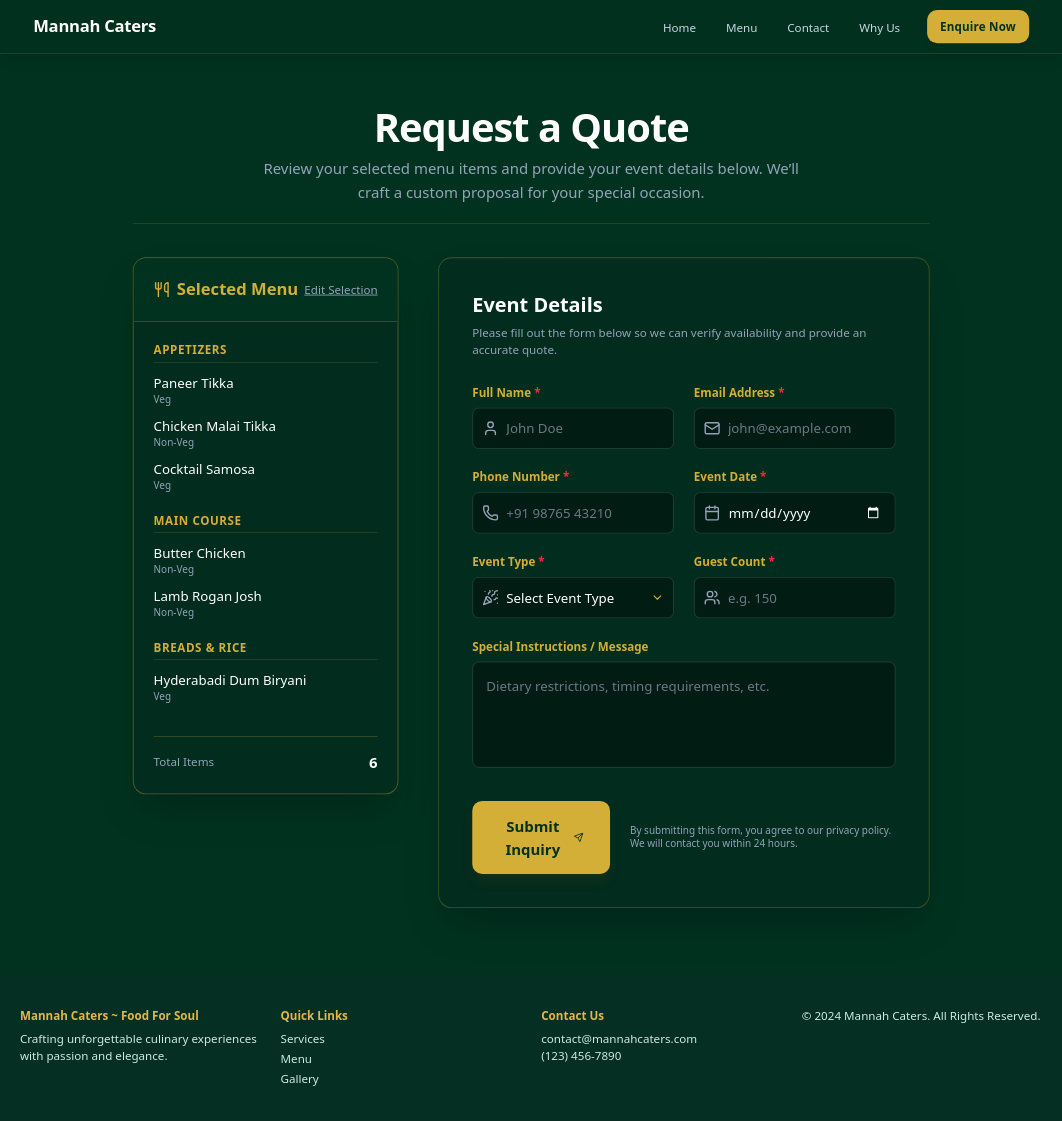
Repository: B-U-G-Freelancers/mannah_caterers
Page: /quote
An editor plug-in stored every save of this project. The page is shown before and after the next save, followed by the edit.
The browser window is 1280 px wide. The pictures show the whole page, at 83% of full size.
The project was rebuilt for these pictures with package versions that can differ from the ones it lists, and the page was loaded fresh each time. Some packages were replaced by stand-ins written for this rebuild. Also part of the build but not shown: vite.config.js, src/pages/Home.jsx, src/components/silver-package.jsx, src/components/gold-package.jsx, src/components/platinum-package.jsx, src/components/PackageCard.jsx, src/components/CombosView.jsx, src/components/MenuItem.jsx and 5 more.

Above is the page before, as saved 2025-12-17 19:20:51.

### index.html
<!-- index.html -->


<!doctype html>
<html lang="en">
  <head>
    <meta charset="UTF-8" />
    <link rel="icon" type="image/png" href="/favicon.png" />

    <meta name="viewport" content="width=device-width, initial-scale=1.0" />

<link rel="preconnect" href="https://fonts.googleapis.com">
<link rel="preconnect" href="https://fonts.gstatic.com" crossorigin>
<link href="https://fonts.googleapis.com/css2?family=Inter:wght@400;500;600;700&family=Playfair+Display:wght@600;700;800&display=swap" rel="stylesheet">

    <title>mannah-caters</title>
  </head>
  <body>
    <div id="root"></div>
    <script type="module" src="/src/main.jsx"></script>
  </body>
</html>

### src/main.jsx
import React from "react"
import ReactDOM from "react-dom/client"
import { BrowserRouter } from "react-router-dom"
import { CartProvider } from "./context/CartContext";
import App from "./App"
import "./index.css"

ReactDOM.createRoot(document.getElementById("root")).render(
  <BrowserRouter>
   <CartProvider>
    <App />
    </CartProvider>
  </BrowserRouter>
)

### src/context/CartContext.jsx
import { createContext, useContext, useState } from "react";

const CartContext = createContext(null);

export const CartProvider = ({ children }) => {
  const [cart, setCart] = useState([]);
  const [guestCount, setGuestCount] = useState(100);

  const toggleCartItem = (id) => {
    setCart((prev) =>
      prev.includes(id)
        ? prev.filter((item) => item !== id)
        : [...prev, id]
    );
  };

  return (
    <CartContext.Provider
      value={{
        cart,
        setCart,
        toggleCartItem,
        guestCount,
        setGuestCount,
      }}
    >
      {children}
    </CartContext.Provider>
  );
};

export const useCart = () => {
  const ctx = useContext(CartContext);
  if (!ctx) throw new Error("useCart must be used inside CartProvider");
  return ctx;
};

### src/App.jsx

import React from "react";
import { Routes, Route } from "react-router-dom";
import Layout from "./components/Layout";
import Home from "./pages/Home";
import Menu from "./pages/Menu";
import Contact from "./pages/Contact";
import WhyUs from "./pages/WhyUs";
import Quote from "./pages/Quote";
const App = () => {
  return (

    <Routes>
      <Route path="/" element={<Layout />}>
        <Route index element={<Home />} />
        <Route path="menu" element={<Menu />} />
        <Route path="contact" element={<Contact />} />
        <Route path="why-us" element={<WhyUs />} />
        <Route path="/quote" element={<Quote />} />
      </Route>
    </Routes>
  );
};

export default App;

### src/index.css
@import "tailwindcss";


:root {
  font-family: system-ui, Avenir, Helvetica, Arial, sans-serif;
  line-height: 1.5;
  font-weight: 400;

  color-scheme: light dark;
  color: rgba(255, 255, 255, 0.87);
  background-color: #242424;

  font-synthesis: none;
  text-rendering: optimizeLegibility;
  -webkit-font-smoothing: antialiased;
  -moz-osx-font-smoothing: grayscale;
}

/* a {
  font-weight: 500;
  color: #646cff;
  text-decoration: inherit;
}
a:hover {
  color: #535bf2;
}

body {
  margin: 0;
  display: flex;
  place-items: center;
  min-width: 320px;
  min-height: 100vh;
}

h1 {
  font-size: 3.2em;
  line-height: 1.1;
}

button {
  border-radius: 8px;
  border: 1px solid transparent;
  padding: 0.6em 1.2em;
  font-size: 1em;
  font-weight: 500;
  font-family: inherit;
  background-color: #1a1a1a;
  cursor: pointer;
  transition: border-color 0.25s;
}
button:hover {
  border-color: #646cff;
}
button:focus,
button:focus-visible {
  outline: 4px auto -webkit-focus-ring-color;
}

@media (prefers-color-scheme: light) {
  :root {
    color: #213547;
    background-color: #ffffff;
  }
  a:hover {
    color: #747bff;
  }
  button {
    background-color: #f9f9f9;
  }
} */

### src/components/Layout.jsx
// Layout.jsx
import React from "react";
import Header from "./Header";
import Footer from "./Footer";
// If you are using React Router, import Outlet
import { Outlet } from "react-router-dom";

const Layout = () => {
  return (
    <div className="flex flex-col min-h-screen min-w-screen">
      <Header />

      {/* "flex-1" ensures this section takes up all available space,
          pushing the footer to the bottom if content is short */}
      <main className="flex-1">
        {/* Outlet renders the child route's element (the current page) */}
        <Outlet />
      </main>

      <Footer />
    </div>
  );
};

export default Layout;

### src/pages/Quote.jsx
import React from "react";
import SelectedMenu from "../components/SelectedMenu";
import QuoteForm from "../components/QuoteForm";

const Quote = () => {
  return (
    <div className="flex flex-col min-h-screen bg-[#013220]">


      <main className="flex-1 flex flex-col items-center pb-20 px-4 sm:px-10 lg:px-40 pt-10">
        <div className="w-full max-w-[1200px] flex flex-col gap-10">

          {/* Hero Section */}
          <div className="text-center py-6 border-b border-[#d4af37]/20">
            <h1 className="text-4xl md:text-5xl font-bold text-white mb-3 tracking-tight">
              Request a Quote
            </h1>
            <p className="text-[#94a3b8] max-w-2xl mx-auto text-lg font-light">
              Review your selected menu items and provide your event details
              below. We’ll craft a custom proposal for your special occasion.
            </p>
          </div>

          {/* Main Content */}
          <div className="flex flex-col lg:flex-row gap-12">
            <SelectedMenu />
            <QuoteForm />
          </div>

        </div>
      </main>


    </div>
  );
};

export default Quote;

### src/components/Header.jsx
import React from "react";
import { NavLink } from "react-router-dom";

const Header = () => {
  const linkBase =
    "text-sm font-medium leading-normal transition-colors relative";

  const linkInactive =
    "text-slate-300 hover:text-white";

  const linkActive =
    "text-[#d4af37] font-bold after:content-[''] after:absolute after:-bottom-4 after:left-0 after:w-full after:h-[2px] after:bg-[#d4af37]";

  return (
    <header className="sticky top-0 z-50 flex items-center justify-between border-b border-[#24473b] bg-[#013220]/95 backdrop-blur-md px-4 sm:px-10 py-3 shadow-lg">

      {/* Logo */}
      <div className="flex items-center gap-4">
        <NavLink
          to="/"
          className="text-white text-xl font-bold tracking-[-0.015em] hover:text-[#d4af37] transition-colors"
        >
          Mannah Caters
        </NavLink>
      </div>

      {/* Right Section */}
      <div className="flex flex-1 justify-end items-center gap-8">

        {/* Desktop Nav */}
        <nav className="hidden md:flex items-center gap-9">
          <NavLink
            to="/"
            className={({ isActive }) =>
              `${linkBase} ${isActive ? linkActive : linkInactive}`
            }
          >
            Home
          </NavLink>

          <NavLink
            to="/menu"
            className={({ isActive }) =>
              `${linkBase} ${isActive ? linkActive : linkInactive}`
            }
          >
            Menu
          </NavLink>

          <NavLink
            to="/contact"
            className={({ isActive }) =>
              `${linkBase} ${isActive ? linkActive : linkInactive}`
            }
          >
            Contact
          </NavLink>

          <NavLink
            to="/why-us"
            className={({ isActive }) =>
              `${linkBase} ${isActive ? linkActive : linkInactive}`
            }
          >
            Why Us
          </NavLink>
        </nav>

        {/* CTA */}
        <button className="flex h-10 px-4 items-center justify-center rounded-xl bg-[#d4af37] hover:bg-[#c29d4d] active:scale-95 transition-all text-[#013220] text-sm font-bold tracking-[0.015em] shadow-md">
          Enquire Now
        </button>
      </div>
    </header>
  );
};

export default Header;

### src/components/Footer.jsx
import React from "react";

const Footer = ({ onNavigate }) => {
  const handleNav = (tab) => {
    // Check if onNavigate exists before calling it
    if (onNavigate) {
      onNavigate(tab);
      window.scrollTo({ top: 0, behavior: "smooth" });
    }
  };

  return (
    <footer className="bg-[#052f22] py-10">
      <div className="max-w-7xl mx-auto px-6 grid md:grid-cols-4 gap-6 text-sm text-[#cfe9df]">
        <div>
          <h4 className="text-[#e0b84c] font-semibold">
            Mannah Caters ~ Food For Soul
          </h4>
          <p className="text-sm mt-2">
            Crafting unforgettable culinary experiences with passion and elegance.
          </p>
        </div>
        <div>
          <h4 className="text-[#e0b84c] font-semibold">Quick Links</h4>
          <ul className="text-sm mt-2 space-y-1">
            <li className="hover:text-white cursor-pointer transition-colors">
              Services
            </li>
            {/* I added the onClick here so handleNav is actually used */}
            <li
              onClick={() => handleNav("combos")}
              className="hover:text-white cursor-pointer transition-colors"
            >
              Menu
            </li>
            <li className="hover:text-white cursor-pointer transition-colors">
              Gallery
            </li>
          </ul>
        </div>
        <div>
          <h4 className="text-[#e0b84c] font-semibold">Contact Us</h4>
          <p className="text-sm mt-2">contact@mannahcaters.com</p>
          <p className="text-sm">(123) 456-7890</p>
        </div>
        <div className="text-sm">
          © 2024 Mannah Caters. All Rights Reserved.
        </div>
      </div>
    </footer>
  );
};

export default Footer;

### src/components/SelectedMenu.jsx
import React from "react";
import { Utensils } from "lucide-react";
import { useNavigate } from "react-router-dom";
const SelectedMenu = () => {
    const navigate = useNavigate();
  return (
    <div className="w-full lg:w-1/3 flex-shrink-0 order-2 lg:order-1">
      <div className="bg-[#022c1e] rounded-2xl border border-[#d4af37]/40 overflow-hidden shadow-2xl sticky top-28">

        {/* Header */}
        <div className="p-6 bg-[#013220] border-b border-[#d4af37]/30 flex justify-between items-center">
          <h3 className="text-[#d4af37] font-bold text-xl flex items-center gap-2">
            <Utensils className="w-5 h-5" />
            Selected Menu
          </h3>
          <button className="text-[#94a3b8] hover:text-white text-sm underline transition-colors"  onClick={() =>
        navigate("/menu", {
          state: { openTab: "customize" },
        })
      }>
            Edit Selection
          </button>
        </div>

        {/* Content */}
        <div className="p-6 flex flex-col gap-6 font-sans">

          {/* Appetizers */}
          <div>
            <h4 className="text-[#d4af37] text-sm font-bold uppercase tracking-wider mb-3 pb-1 border-b border-[#d4af37]/20">
              Appetizers
            </h4>
            <ul className="flex flex-col gap-3">
              <li className="flex flex-col">
                <span className="text-white font-medium">Paneer Tikka</span>
                <span className="text-xs text-[#94a3b8]">Veg</span>
              </li>
              <li className="flex flex-col">
                <span className="text-white font-medium">
                  Chicken Malai Tikka
                </span>
                <span className="text-xs text-[#94a3b8]">Non-Veg</span>
              </li>
              <li className="flex flex-col">
                <span className="text-white font-medium">Cocktail Samosa</span>
                <span className="text-xs text-[#94a3b8]">Veg</span>
              </li>
            </ul>
          </div>

          {/* Main Course */}
          <div>
            <h4 className="text-[#d4af37] text-sm font-bold uppercase tracking-wider mb-3 pb-1 border-b border-[#d4af37]/20">
              Main Course
            </h4>
            <ul className="flex flex-col gap-3">
              <li className="flex flex-col">
                <span className="text-white font-medium">Butter Chicken</span>
                <span className="text-xs text-[#94a3b8]">Non-Veg</span>
              </li>
              <li className="flex flex-col">
                <span className="text-white font-medium">Lamb Rogan Josh</span>
                <span className="text-xs text-[#94a3b8]">Non-Veg</span>
              </li>
            </ul>
          </div>

          {/* Breads & Rice */}
          <div>
            <h4 className="text-[#d4af37] text-sm font-bold uppercase tracking-wider mb-3 pb-1 border-b border-[#d4af37]/20">
              Breads & Rice
            </h4>
            <ul className="flex flex-col gap-3">
              <li className="flex flex-col">
                <span className="text-white font-medium">
                  Hyderabadi Dum Biryani
                </span>
                <span className="text-xs text-[#94a3b8]">Veg</span>
              </li>
            </ul>
          </div>

          {/* Total */}
          <div className="mt-4 pt-4 border-t border-[#d4af37]/30">
            <div className="flex justify-between items-center text-sm">
              <span className="text-[#94a3b8]">Total Items</span>
              <span className="text-white font-bold text-lg">6</span>
            </div>
          </div>

        </div>
      </div>
    </div>
  );
};

export default SelectedMenu;

Loaded but not shown: src/constants.js (102 lines, source omitted); src/components/QuoteForm.jsx (217 lines, source omitted)

After the next save:
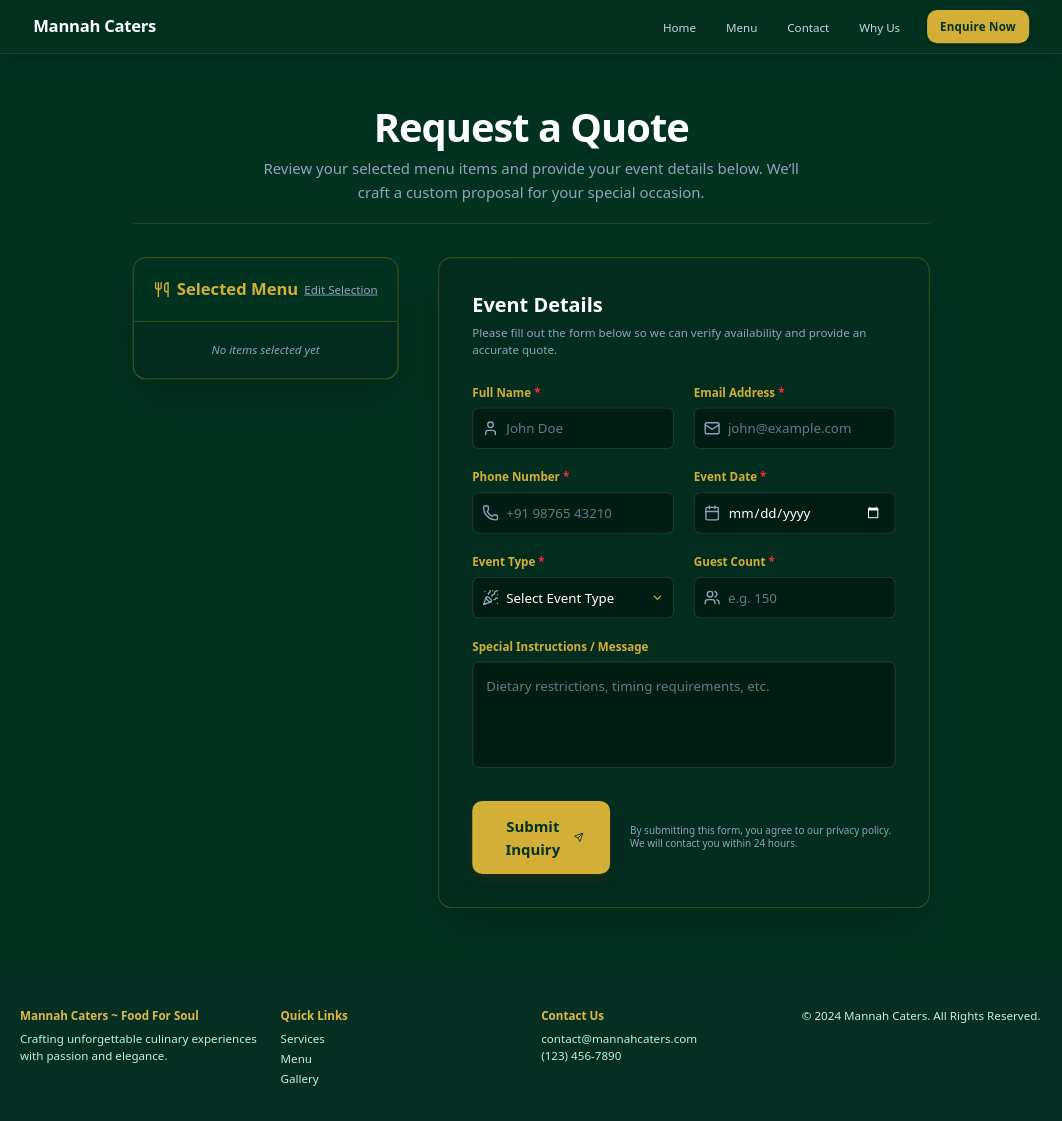
Saved 2 min 30 s later.
--- a/src/components/SelectedMenu.jsx
+++ b/src/components/SelectedMenu.jsx
@@ -1,8 +1,27 @@
 import React from "react";
 import { Utensils } from "lucide-react";
 import { useNavigate } from "react-router-dom";
+
+import { useCart } from "../context/CartContext";
+import { MENU_ITEMS, CATEGORIES } from "../constants";
+
 const SelectedMenu = () => {
-    const navigate = useNavigate();
+  const navigate = useNavigate();
+  const { cart } = useCart();
+
+  // Convert cart IDs → menu items
+  const selectedItems = MENU_ITEMS.filter((item) =>
+    cart.includes(item.id)
+  );
+
+  // Group items by category
+  const groupedItems = CATEGORIES.map((cat) => ({
+    ...cat,
+    items: selectedItems.filter(
+      (item) => item.category === cat.id
+    ),
+  })).filter((group) => group.items.length > 0);
+
   return (
     <div className="w-full lg:w-1/3 flex-shrink-0 order-2 lg:order-1">
       <div className="bg-[#022c1e] rounded-2xl border border-[#d4af37]/40 overflow-hidden shadow-2xl sticky top-28">
@@ -13,11 +32,12 @@ const SelectedMenu = () => {
             <Utensils className="w-5 h-5" />
             Selected Menu
           </h3>
-          <button className="text-[#94a3b8] hover:text-white text-sm underline transition-colors"  onClick={() =>
-        navigate("/menu", {
-          state: { openTab: "customize" },
-        })
-      }>
+          <button
+            onClick={() =>
+              navigate("/menu", { state: { openTab: "customize" } })
+            }
+            className="text-[#94a3b8] hover:text-white text-sm underline transition-colors"
+          >
             Edit Selection
           </button>
         </div>
@@ -25,68 +45,46 @@ const SelectedMenu = () => {
         {/* Content */}
         <div className="p-6 flex flex-col gap-6 font-sans">
 
-          {/* Appetizers */}
-          <div>
-            <h4 className="text-[#d4af37] text-sm font-bold uppercase tracking-wider mb-3 pb-1 border-b border-[#d4af37]/20">
-              Appetizers
-            </h4>
-            <ul className="flex flex-col gap-3">
-              <li className="flex flex-col">
-                <span className="text-white font-medium">Paneer Tikka</span>
-                <span className="text-xs text-[#94a3b8]">Veg</span>
-              </li>
-              <li className="flex flex-col">
-                <span className="text-white font-medium">
-                  Chicken Malai Tikka
-                </span>
-                <span className="text-xs text-[#94a3b8]">Non-Veg</span>
-              </li>
-              <li className="flex flex-col">
-                <span className="text-white font-medium">Cocktail Samosa</span>
-                <span className="text-xs text-[#94a3b8]">Veg</span>
-              </li>
-            </ul>
-          </div>
+          {/* Empty State */}
+          {selectedItems.length === 0 && (
+            <p className="text-[#94a3b8] text-sm italic text-center">
+              No items selected yet
+            </p>
+          )}
 
-          {/* Main Course */}
-          <div>
-            <h4 className="text-[#d4af37] text-sm font-bold uppercase tracking-wider mb-3 pb-1 border-b border-[#d4af37]/20">
-              Main Course
-            </h4>
-            <ul className="flex flex-col gap-3">
-              <li className="flex flex-col">
-                <span className="text-white font-medium">Butter Chicken</span>
-                <span className="text-xs text-[#94a3b8]">Non-Veg</span>
-              </li>
-              <li className="flex flex-col">
-                <span className="text-white font-medium">Lamb Rogan Josh</span>
-                <span className="text-xs text-[#94a3b8]">Non-Veg</span>
-              </li>
-            </ul>
-          </div>
+          {/* Dynamic Categories */}
+          {groupedItems.map((group) => (
+            <div key={group.id}>
+              <h4 className="text-[#d4af37] text-sm font-bold uppercase tracking-wider mb-3 pb-1 border-b border-[#d4af37]/20">
+                {group.title}
+              </h4>
 
-          {/* Breads & Rice */}
-          <div>
-            <h4 className="text-[#d4af37] text-sm font-bold uppercase tracking-wider mb-3 pb-1 border-b border-[#d4af37]/20">
-              Breads & Rice
-            </h4>
-            <ul className="flex flex-col gap-3">
-              <li className="flex flex-col">
-                <span className="text-white font-medium">
-                  Hyderabadi Dum Biryani
-                </span>
-                <span className="text-xs text-[#94a3b8]">Veg</span>
-              </li>
-            </ul>
-          </div>
+              <ul className="flex flex-col gap-3">
+                {group.items.map((item) => (
+                  <li key={item.id} className="flex flex-col">
+                    <span className="text-white font-medium">
+                      {item.name}
+                    </span>
+                    <span className="text-xs text-[#94a3b8]">
+                      {item.isVeg ? "Veg" : "Non-Veg"}
+                    </span>
+                  </li>
+                ))}
+              </ul>
+            </div>
+          ))}
 
           {/* Total */}
-          <div className="mt-4 pt-4 border-t border-[#d4af37]/30">
-            <div className="flex justify-between items-center text-sm">
-              <span className="text-[#94a3b8]">Total Items</span>
-              <span className="text-white font-bold text-lg">6</span>
+          {selectedItems.length > 0 && (
+            <div className="mt-4 pt-4 border-t border-[#d4af37]/30">
+              <div className="flex justify-between items-center text-sm">
+                <span className="text-[#94a3b8]">Total Items</span>
+                <span className="text-white font-bold text-lg">
+                  {selectedItems.length}
+                </span>
+              </div>
             </div>
-          </div>
+          )}
 
         </div>
       </div>
